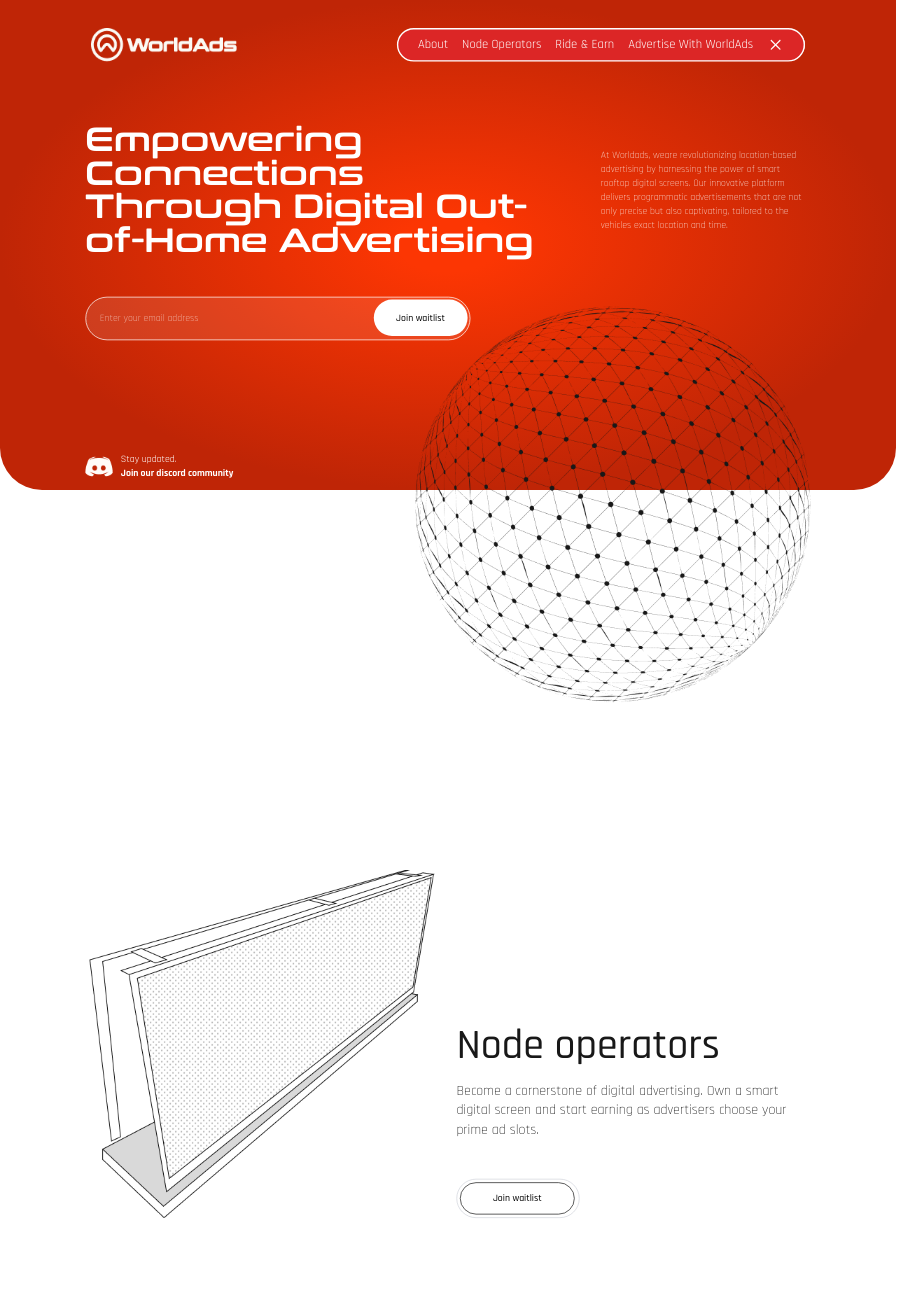
Repository: Abdul-Hannan232/worldAds
Page: /, after clicking the first element matching `button.bg-\[\#FFFFFF1A\]`
These files come from the project's save history. The page is drawn as it stood at one moment and after a run of saves; the edit follows.
The browser window is 1280 px wide. The page is 1283 px wide, so the pictures cover 1283 px, including what lies to the right of the window. The pictures show the part of the page from y = 0 to 1880 px (the page is 3879 px tall), at 70% of full size.
The project was rebuilt for these pictures with package versions that can differ from the ones it lists, and the page was loaded fresh each time. The framework's server and built-in components were replaced by stand-ins that run in the browser. Also part of the build but not shown: next.config.mjs, app/component/NavContent.jsx.

Above is the page before, as saved 2024-05-10 22:24:10.

After the next 2 saves:
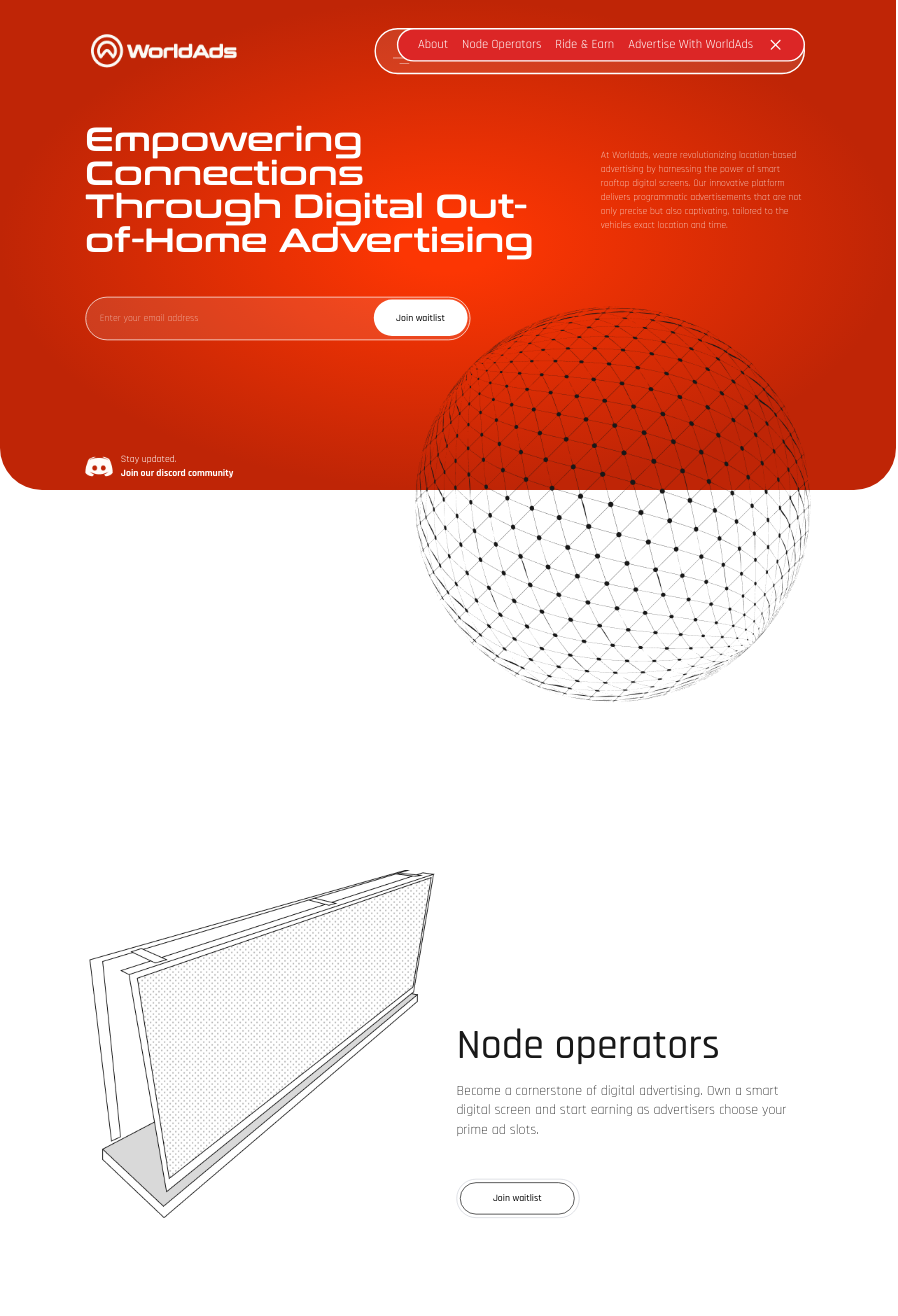
The 2 saves are shown as one change because they came seconds apart.
The last was saved 9 s later.
--- a/app/component/Header.jsx
+++ b/app/component/Header.jsx
@@ -55,7 +55,13 @@ const Header = () => {
                     onClick={dropDownOpen}
                 >
                     <div>
-
+                        <ul className="px-5 flex items-center space-x-5 text-lg text-white justify-between">
+                            <li><a href="#">About</a></li>
+                            <li><a href="#nodeOperator" onClick={() => scrollToSection('nodeOperator')}>Node Operators</a></li>
+                            <li><a href="#ride">Ride & Earn</a></li>
+                            <li><a href="#advertise">Advertise With WorldAds</a></li>
+                            <li><RxCross2 className="text-2xl font-bold" /></li>
+                        </ul>
                     </div>
                     {open && (
                         <div className="absolute lg:block hidden top-0 right-0 border-2 bg-red-600 border-white rounded-full p-2">
